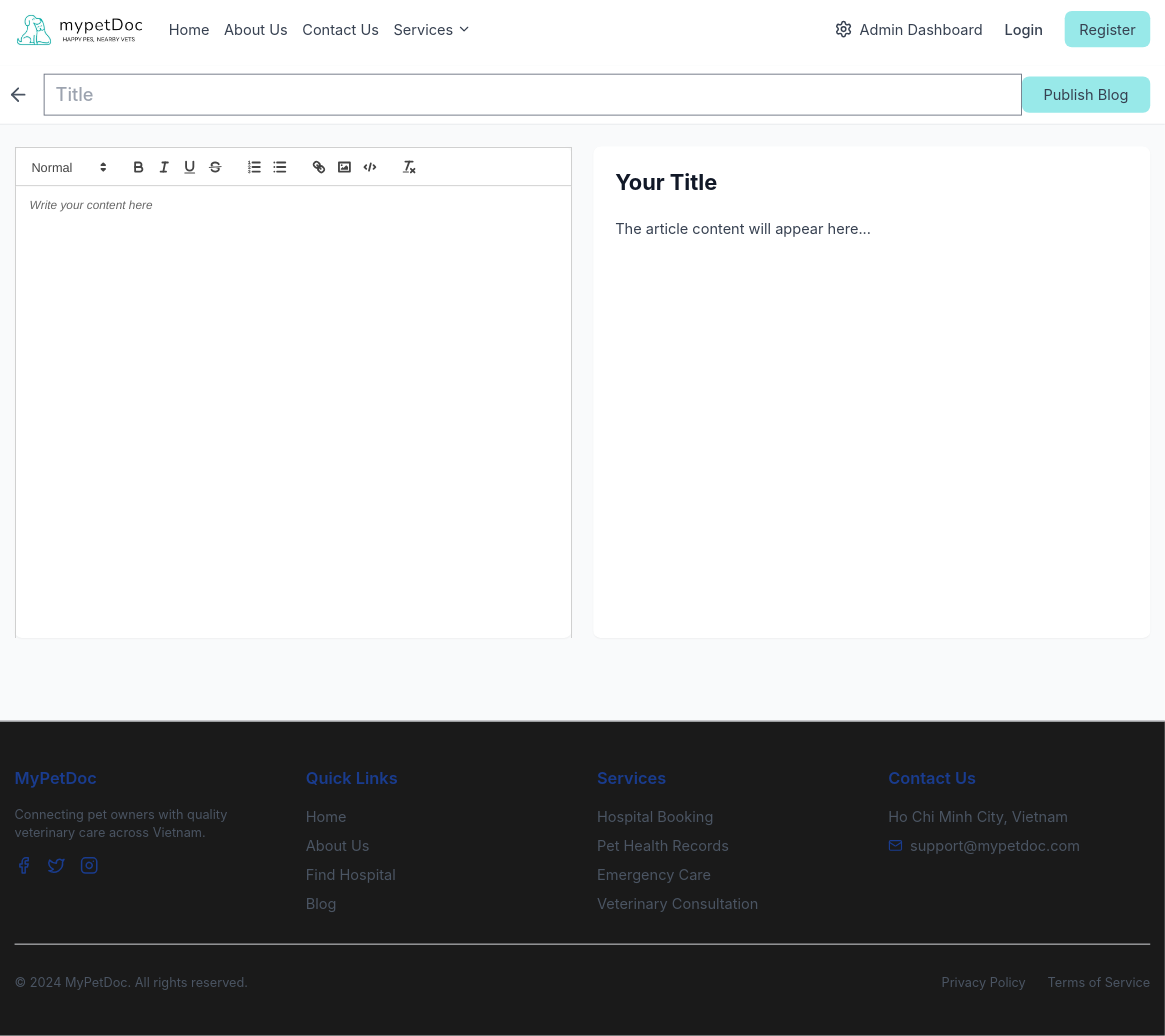
Repository: ZSayless/MyPetDoc
Page: /write-blog
An editor plug-in stored every save of this project. The page is shown before and after the next save, followed by the edit.
The browser window is 1280 px wide. The pictures show the whole page, at 91% of full size.
An inner scrolling area shows only its first screen. The project was rebuilt for these pictures with package versions that can differ from the ones it lists, and the page was loaded fresh each time. Also part of the build but not shown: vite.config.js, src/core/ButtonLink.js, src/components/register/SelectRoleModal.js, src/services/authService.js, src/components/register/Register.js, src/core/Overlay.js, src/components/login/Login.js, src/pages/admin/AdminSidebar.js and 40 more.

Above is the page before, as saved 2025-01-15 16:00:11.

After the next save:
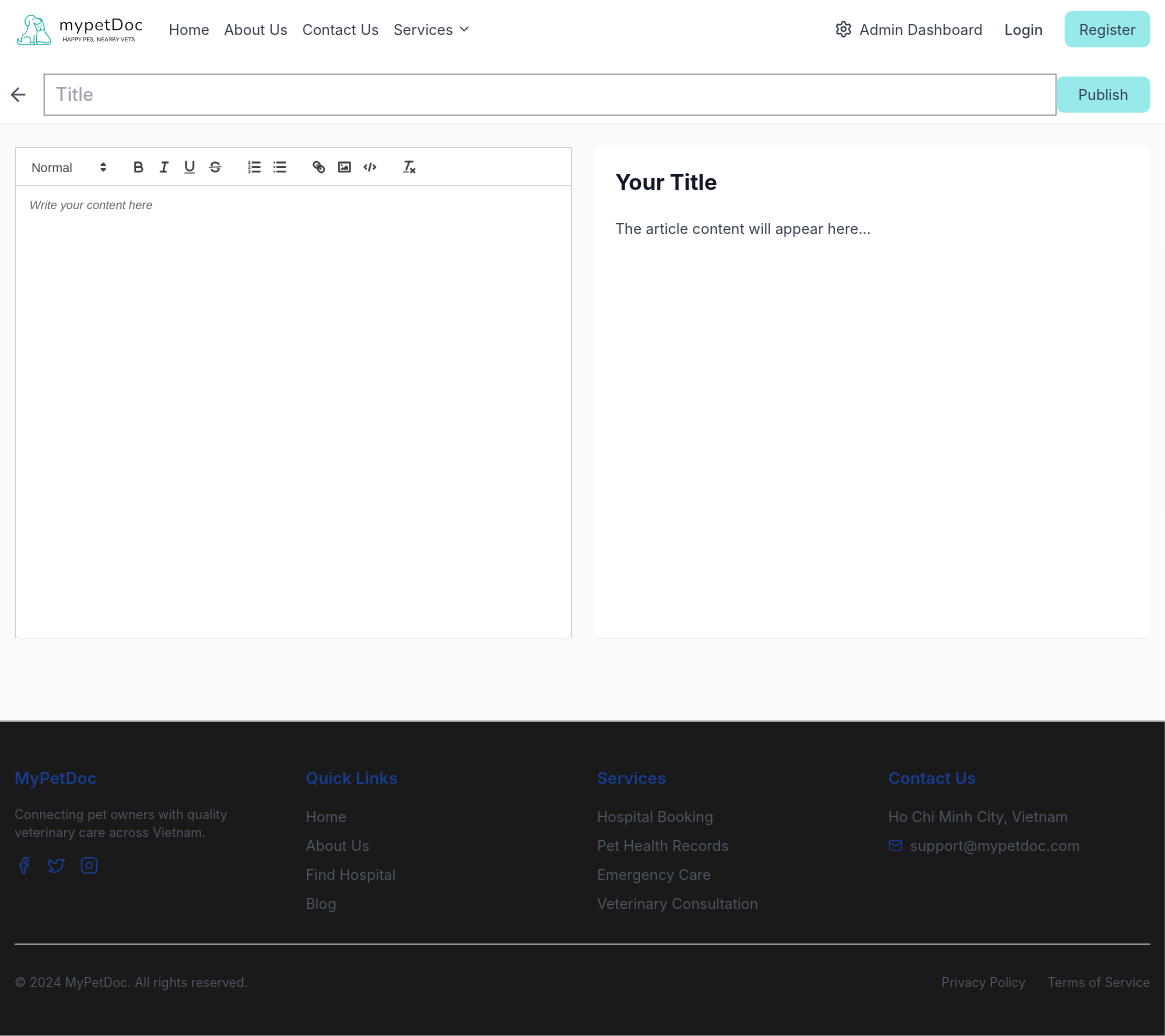
Saved 3 min 2 s later.
--- a/src/components/blog/WriteBlog.js
+++ b/src/components/blog/WriteBlog.js
@@ -139,7 +139,7 @@ const WriteBlog = () => {
   ];
 
   // Sửa lại handleSubmit để xử lý cả draft và publish
-  const handleSubmit = async () => {
+  const handleSubmit = async (status) => {
     if (!title.trim() || !content.trim()) {
       alert("Please fill in the title and content completely.");
       return;
@@ -149,14 +149,14 @@ const WriteBlog = () => {
       const blogData = {
         title,
         content,
-        status: id ? "draft" : "published",
-        ...(id ? {} : { publishDate: new Date().toISOString() })
+        status,
+        ...(status === "published" && { publishDate: new Date().toISOString() })
       };
 
       // TODO: Call API to save blog
       console.log("Blog saved:", blogData);
 
-      alert(id ? "Draft updated successfully!" : "Blog published successfully!");
+      alert(status === "draft" ? "Draft saved successfully!" : "Blog published successfully!");
       navigate("/my-blogs");
     } catch (error) {
       alert("Error occurred while saving the blog");
@@ -187,12 +187,31 @@ const WriteBlog = () => {
                 onChange={(e) => setTitle(e.target.value)}
               />
             </div>
-            <button
-              onClick={handleSubmit}
-              className="px-6 py-2 bg-[#98E9E9] text-gray-700 rounded-lg hover:bg-[#7CD5D5]"
-            >
-              {id ? "Update Draft" : "Publish Blog"}
-            </button>
+            <div className="flex items-center gap-3">
+              {id ? (
+                <>
+                  <button
+                    onClick={() => handleSubmit("draft")}
+                    className="px-4 py-2 text-gray-700 bg-gray-100 rounded-lg hover:bg-gray-200"
+                  >
+                    Save Draft
+                  </button>
+                  <button
+                    onClick={() => handleSubmit("published")}
+                    className="px-6 py-2 bg-[#98E9E9] text-gray-700 rounded-lg hover:bg-[#7CD5D5]"
+                  >
+                    Publish
+                  </button>
+                </>
+              ) : (
+                <button
+                  onClick={() => handleSubmit("published")}
+                  className="px-6 py-2 bg-[#98E9E9] text-gray-700 rounded-lg hover:bg-[#7CD5D5]"
+                >
+                  Publish
+                </button>
+              )}
+            </div>
           </div>
         </div>
       </div>
